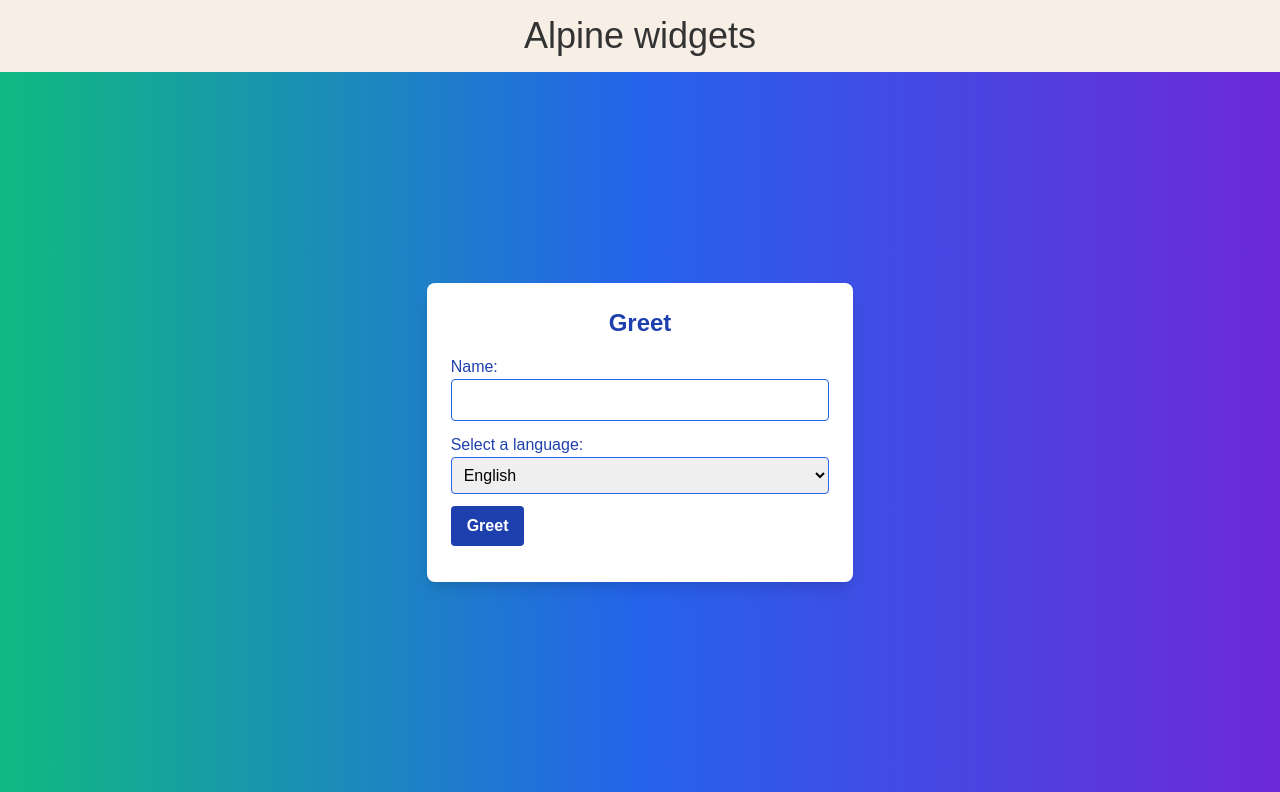
Repository: lasity34/alpine-bootcamp-widgets
Page: index.html
These files come from the project's save history. The page is drawn as it stood at one moment and after the next save; the edit follows.
The browser window is 1280 px wide. The pictures show the whole page.
Some web fonts or font styles are not loaded; a fallback is used. Some web libraries are served in a nearby version.

Above is the page before, as saved 2023-07-12 11:32:15.

After the next save:
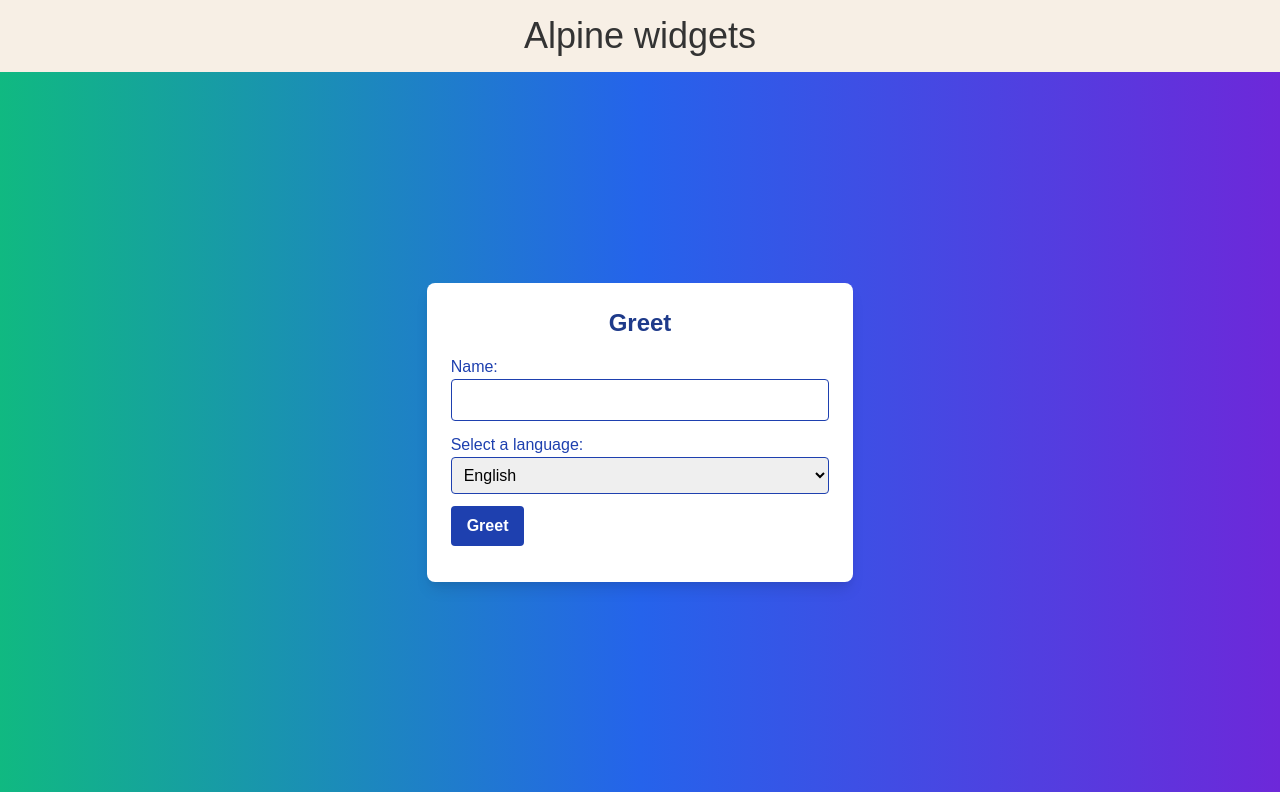
Saved 48 s later.
--- a/index.html
+++ b/index.html
@@ -26,19 +26,19 @@
         class="w-1/3 bg-white rounded-lg shadow-lg p-6 m-4"
         x-data="greet"
       >
-        <h2 class="text-2xl text-center font-bold mb-4 text-blue-800">Greet</h2>
+        <h2 class="text-2xl text-center font-bold mb-4 text-blue-900">Greet</h2>
         <div>
           <label class="text-blue-800">Name:</label>
           <input
             type="text"
             x-model="name"
-            class="border border-blue-600 p-2 rounded w-full"
+            class="border border-blue-800 p-2 rounded w-full"
           />
 
           <label class="mt-3 block text-blue-800">Select a language:</label>
           <select
             x-model="language"
-            class="border border-blue-600 p-2 rounded w-full"
+            class="border border-blue-800 p-2 rounded w-full"
           >
             <option>English</option>
             <option>French</option>
